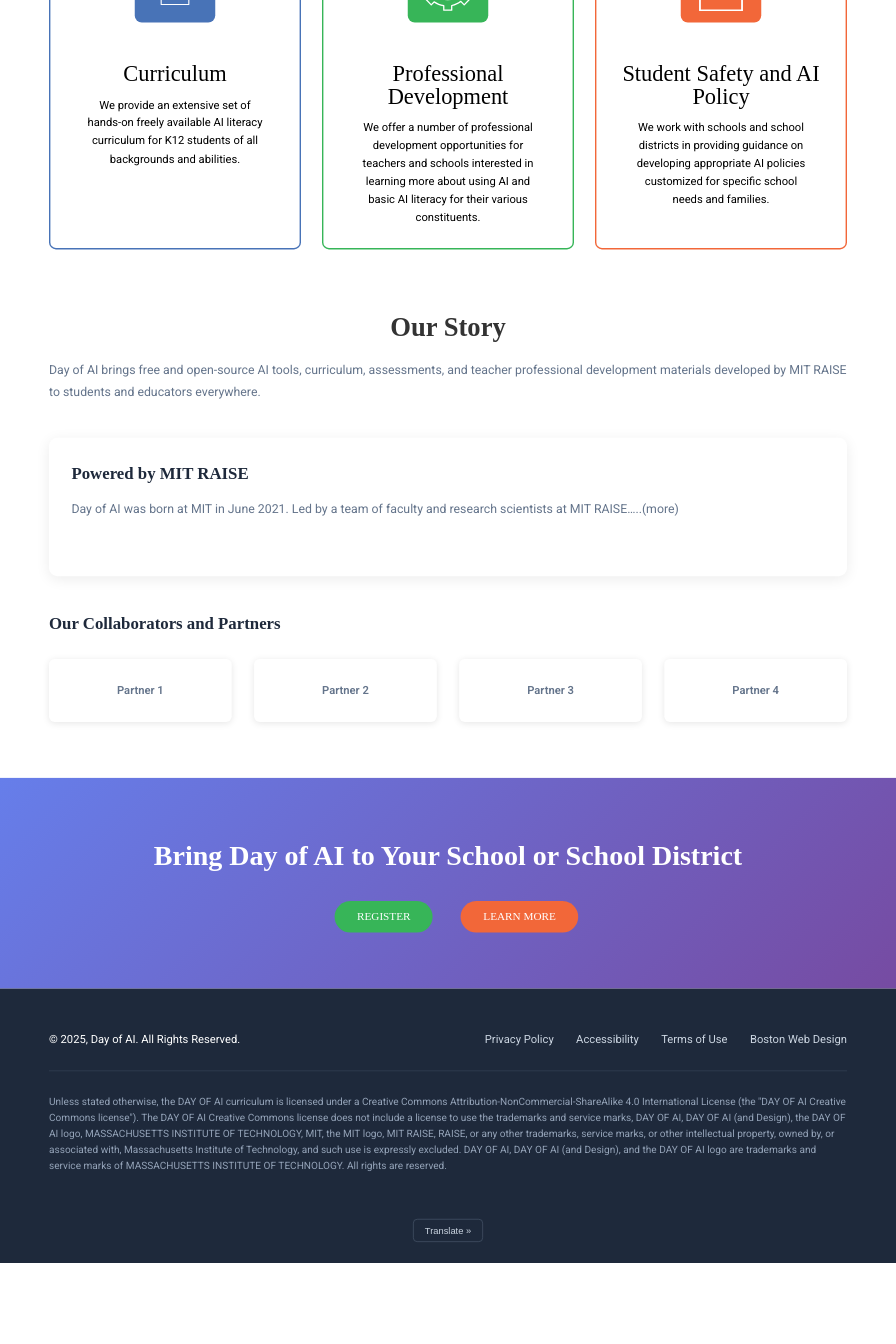
Repository: dinhtri123/dayofai
Page: index.html
The author's editor kept a copy of each file at every save. The page is drawn from the files as they stood at one save, then again after the next save.
The browser window is 1280 px wide. The pictures show the part of the page from y = 1616 to 3536 px (the page is 3536 px tall before and 3018 px after), at 70% of full size.
A picture or video elsewhere on the page could not be fetched, so the positions and the page height are approximate. Some web fonts or font styles are not loaded; a fallback is used.

Above is the page before, as saved 2025-06-29 19:08:56.

After the next save:
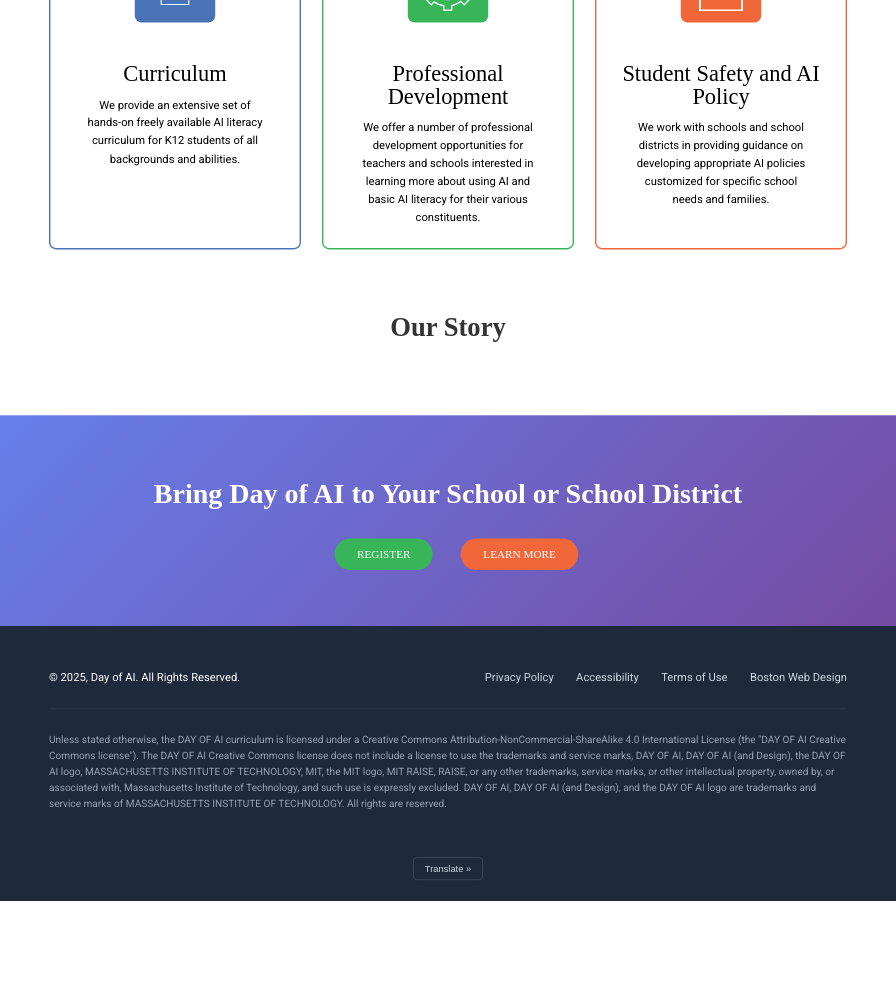
Saved 2 min 34 s later.
--- a/index.html
+++ b/index.html
@@ -176,24 +176,8 @@
       <div class="container">
         <div class="about-content">
           <h2>Our Story</h2>
-          <p>Day of AI brings free and open-source AI tools, curriculum, assessments, and teacher professional
-            development
-            materials developed by MIT RAISE to students and educators everywhere.</p>
-
-          <div class="mit-section">
-            <h3>Powered by MIT RAISE</h3>
-            <p>Day of AI was born at MIT in June 2021. Led by a team of faculty and research scientists at MIT
-              RAISE…..(more)</p>
-          </div>
-
-          <div class="partners-section">
-            <h3>Our Collaborators and Partners</h3>
-            <div class="partners-grid">
-              <div class="partner-logo">Partner 1</div>
-              <div class="partner-logo">Partner 2</div>
-              <div class="partner-logo">Partner 3</div>
-              <div class="partner-logo">Partner 4</div>
-            </div>
+          <div>
+
           </div>
         </div>
       </div>
